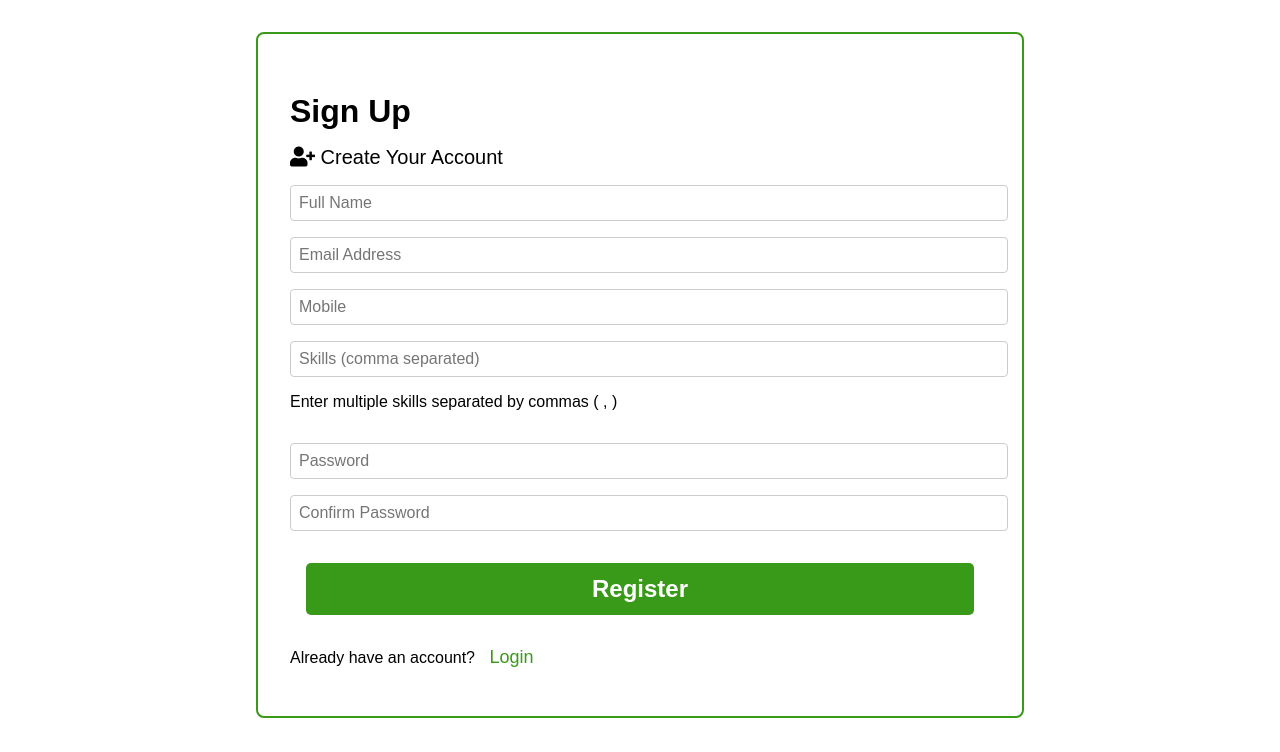
Repository: sayyad-mukthumsa-123/DevMania
Page: /register (app in frontend/)
These files come from the project's save history. The page is drawn as it stood at one moment and after the next save; the edit follows.
The browser window is 1280 px wide. The pictures show the whole page.
The project was rebuilt for these pictures with package versions that can differ from the ones it lists, and the page was loaded fresh each time. Also part of the build but not shown: frontend/src/pages/Home.js, frontend/src/pages/login.js, frontend/src/pages/Allprofiles.js, frontend/src/pages/MyProfile.js, frontend/src/pages/Indprofile.js.

Above is the page before, as saved 2025-02-28 23:42:03.

After the next save:
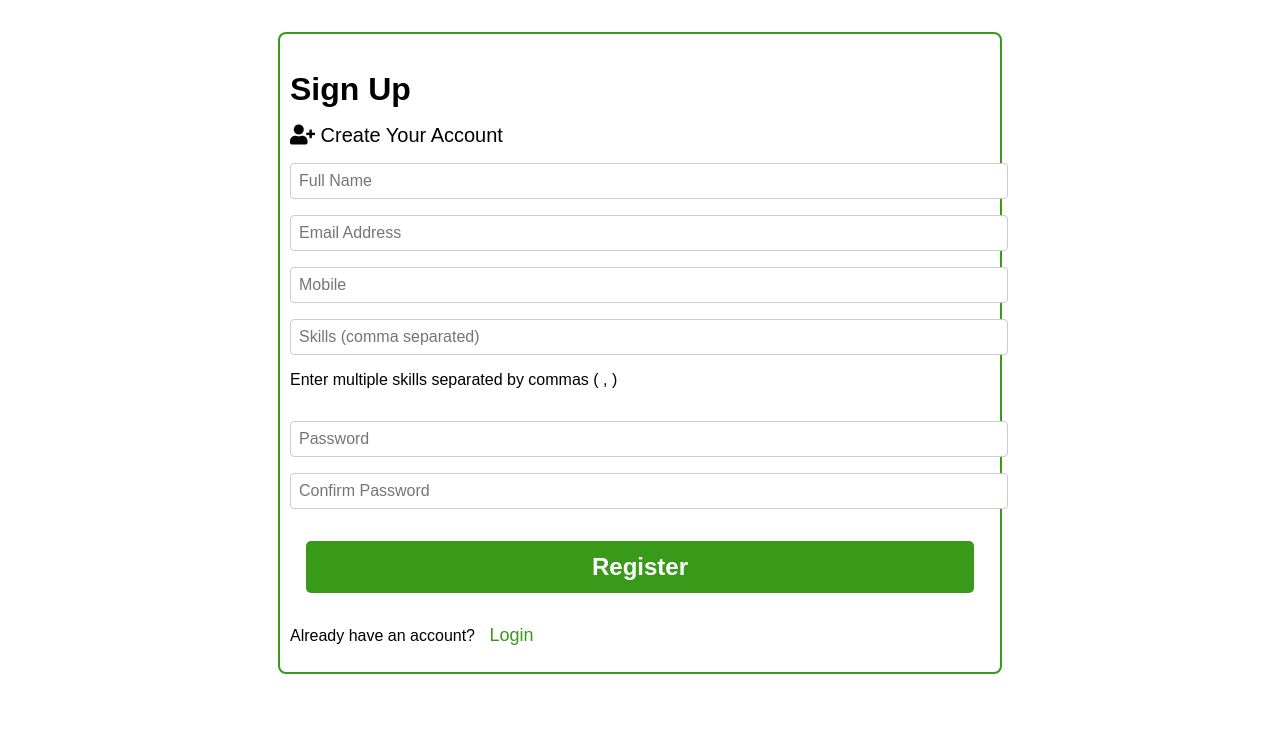
Saved 2 min 25 s later.
--- a/frontend/src/styles/styles.css
+++ b/frontend/src/styles/styles.css
@@ -185,7 +185,7 @@ body, html {
 .container {
   width: 700px;
   margin: 2rem auto;
-  padding: 2rem;
+  padding: 10px;
   border: 2px solid #399918;
   color: black;
   border-radius: 8px;
